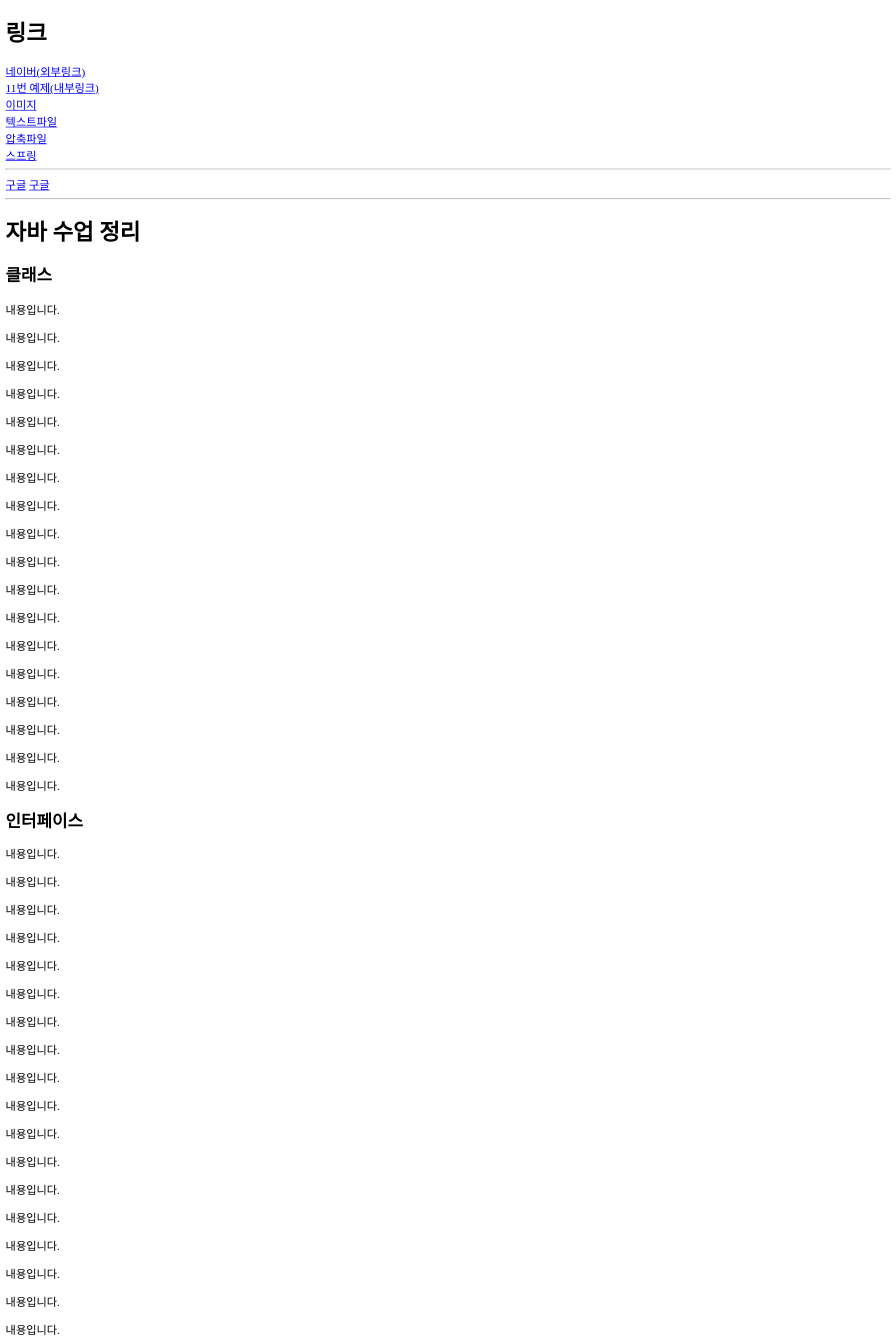
Repository: Hswwwww/WEB
Page: ClientTest/src/main/webapp/html/ex12_link.html
These files come from the project's save history. The page is drawn as it stood at one moment and after the next save; the edit follows.
The browser window is 1280 px wide. The pictures show the part of the page from y = 0 to 1920 px (the page is 2706 px tall before and 2798 px after), at 70% of full size.

Above is the page before, as saved 2024-03-13 03:24:33.

After the next save:
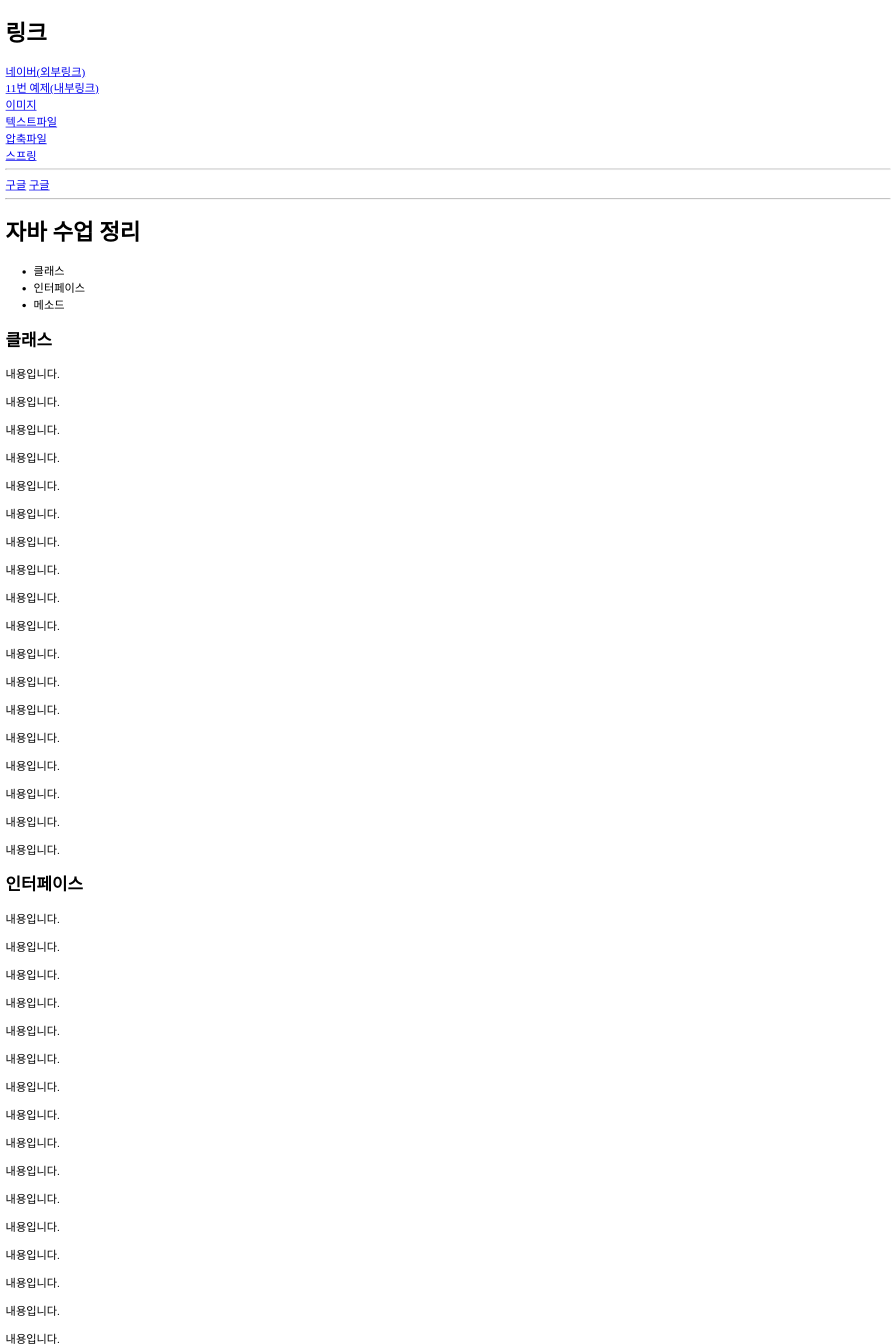
Saved 43 s later.
--- a/ClientTest/src/main/webapp/html/ex12_link.html
+++ b/ClientTest/src/main/webapp/html/ex12_link.html
@@ -54,7 +54,12 @@
 	<hr>
 
 	<h1>자바 수업 정리</h1>
+	<ul>
+		<li>클래스</li>
+		<li>인터페이스</li>
+		<li>메소드</li>
 
+	</ul>
 	<h2>클래스</h2>
 	<p>내용입니다.</p><p>내용입니다.</p><p>내용입니다.</p><p>내용입니다.</p><p>내용입니다.</p><p>내용입니다.</p><p>내용입니다.</p><p>내용입니다.</p>
 	<p>내용입니다.</p><p>내용입니다.</p><p>내용입니다.</p><p>내용입니다.</p><p>내용입니다.</p>
